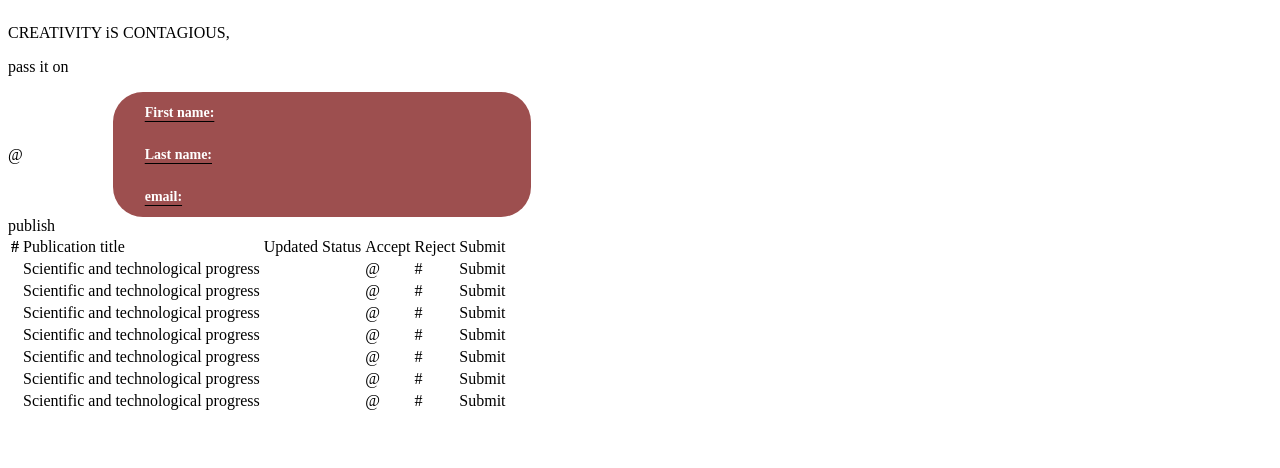
Repository: ceo-of-albeni/articles
Page: /
An editor plug-in stored every save of this project. The page is shown before and after the next save, followed by the edit.
The browser window is 1280 px wide. The pictures show the whole page.
The project was rebuilt for these pictures with package versions that can differ from the ones it lists, and the page was loaded fresh each time.

Above is the page before, as saved 2023-05-09 23:41:25.

After the next save:
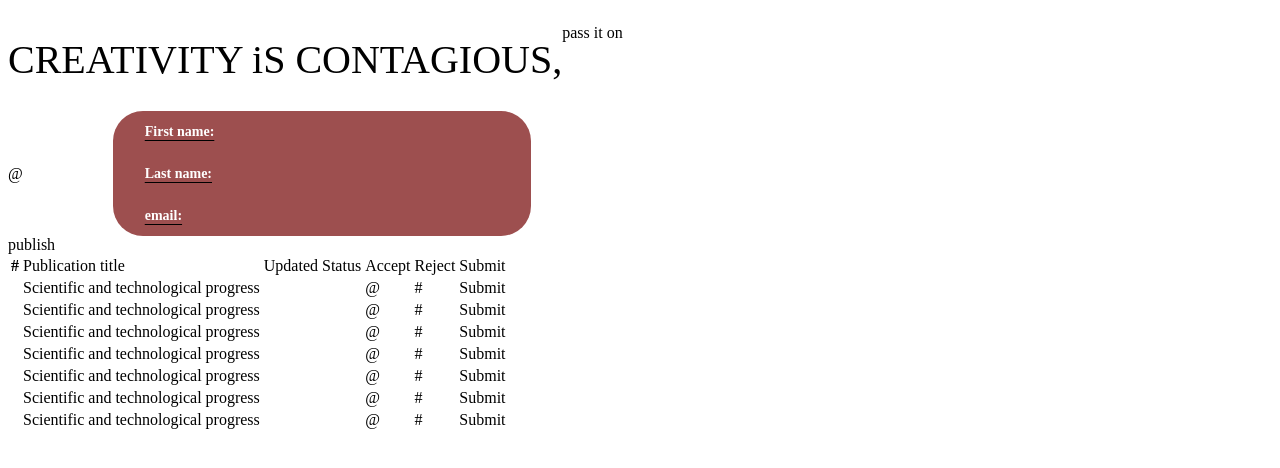
Saved 2 s later.
--- a/src/reviewer's profil/reviewer.css
+++ b/src/reviewer's profil/reviewer.css
@@ -1,11 +1,12 @@
 .reviewer_section {
   display: grid;
+  grid-template-columns: a;
 }
-.reviewer_section grid-template-column .reviewer_thema {
+.reviewer_section .reviewer_thema {
   display: flex;
   text-align: center;
 }
-.reviewer_section grid-template-column .reviewer_thema .upper {
+.reviewer_section .reviewer_thema .upper {
   font-family: Esteban;
   font-size: 40px;
   font-weight: 400;
@@ -53,4 +54,4 @@
   text-decoration: underline;
   text-underline-offset: 0.3em;
   text-decoration-color: black;
-}/*# sourceMappingURL=reviewer_20230509234124.css.map */
+}/*# sourceMappingURL=reviewer_20230509234127.css.map */
